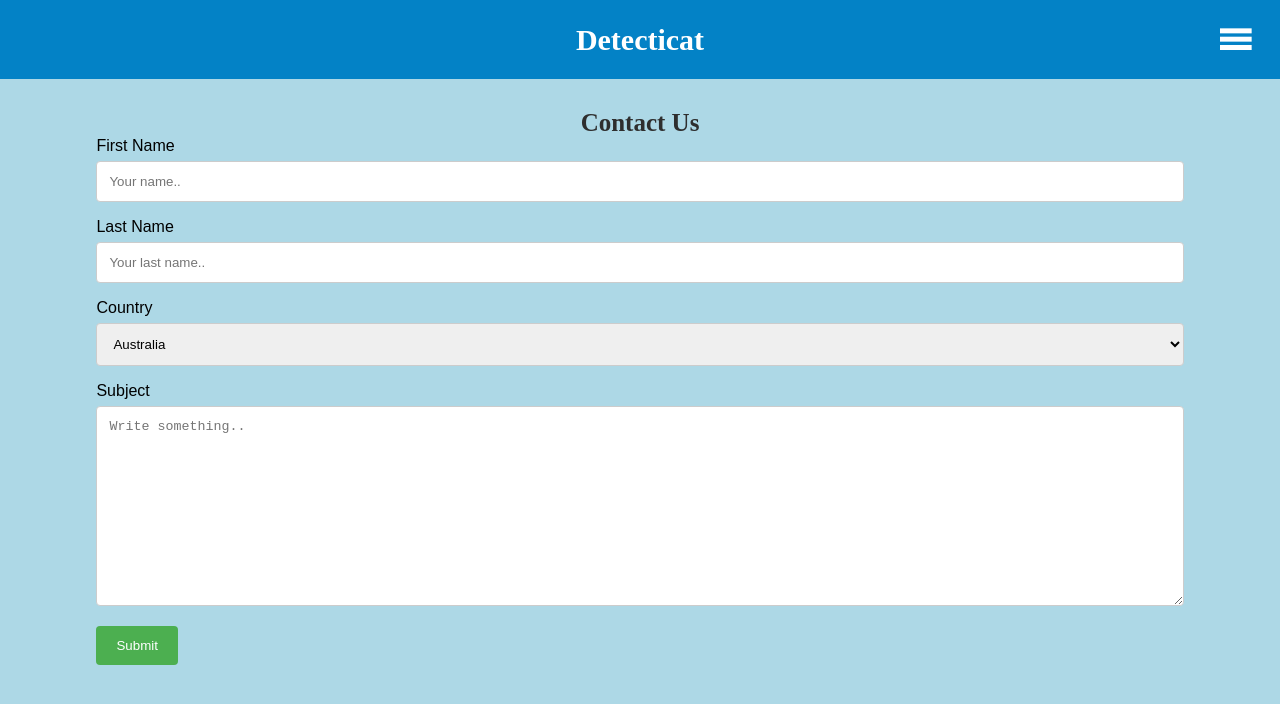
Repository: cynthiahcheng/Detecticat
Page: contact page/contact-us.html
The author's editor kept a copy of each file at every save. The page is drawn from the files as they stood at one save, then again after the next save.
The browser window is 1280 px wide. The pictures show the whole page.

Above is the page before, as saved 2020-03-14 20:30:31.
Not found: contact page/contact-us.js

After the next save:
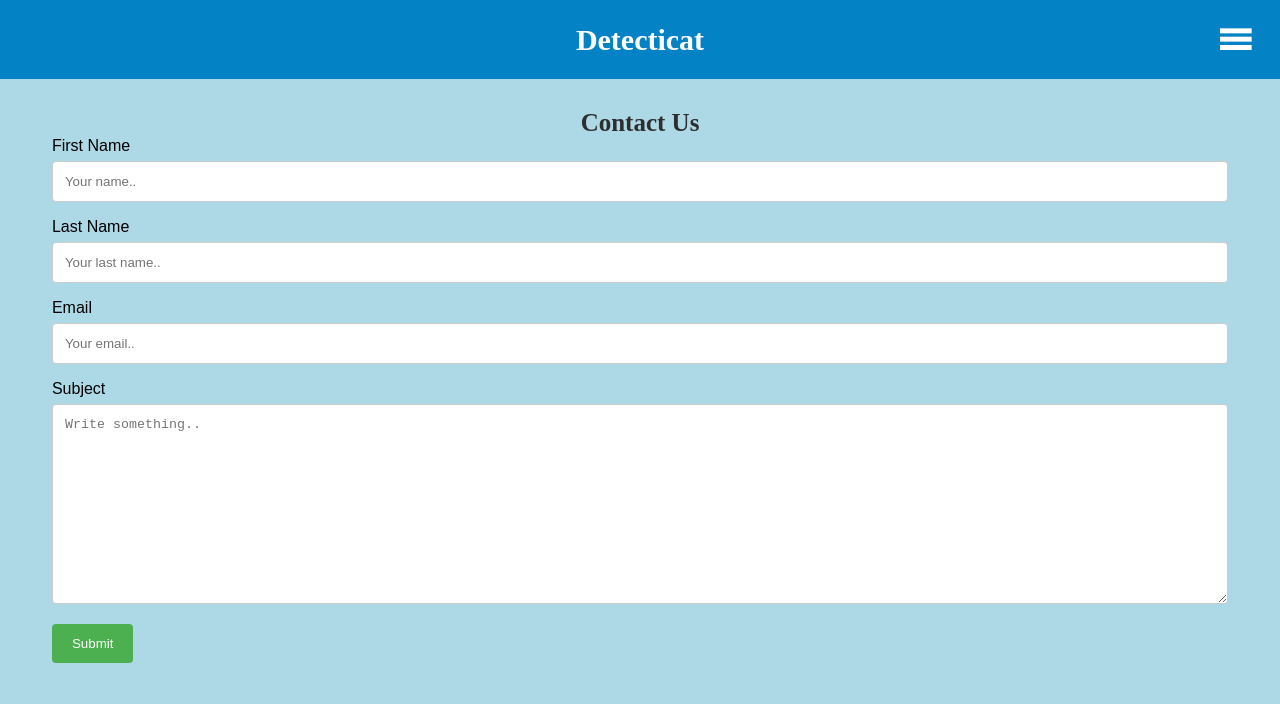
Saved 69 s later.
--- a/contact page/contact-us.html
+++ b/contact page/contact-us.html
@@ -39,12 +39,8 @@
                 <label for="lname">Last Name</label>
                 <input type="text" id="lname" name="lastname" placeholder="Your last name..">
 
-                <label for="country">Country</label>
-                <select id="country" name="country">
-                    <option value="australia">Australia</option>
-                    <option value="canada">Canada</option>
-                    <option value="usa">USA</option>
-                </select>
+                <label for="email">Email</label>
+                <input type="text" id="email" name="email" placeholder="Your email..">
 
                 <label for="subject">Subject</label>
                 <textarea id="subject" name="subject" placeholder="Write something.." style="height:200px"></textarea>
